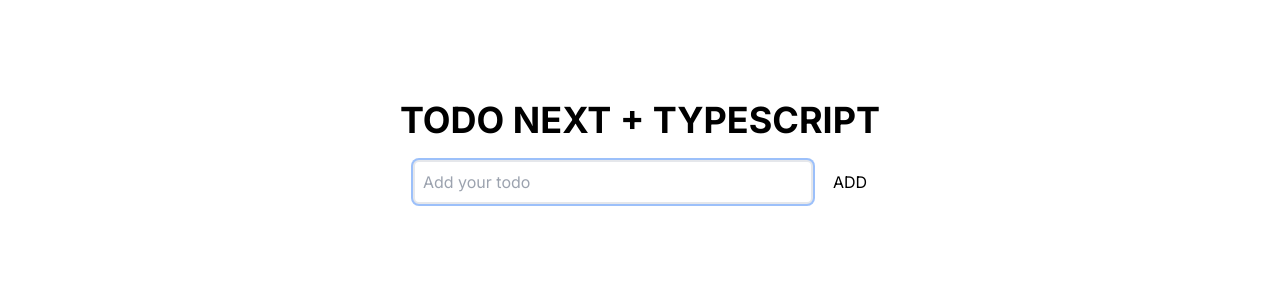
Repository: mehh000/next-ts-todo
Page: /
The author's editor kept a copy of each file at every save. The page is drawn from the files as they stood at one save, then again after the next save.
The browser window is 1280 px wide. The pictures show the whole page.
The project was rebuilt for these pictures with package versions that can differ from the ones it lists, and the page was loaded fresh each time. The framework's server and built-in components were replaced by stand-ins that run in the browser. Also part of the build but not shown: next.config.mjs.

Above is the page before, as saved 2024-06-15 19:52:59.

After the next save:
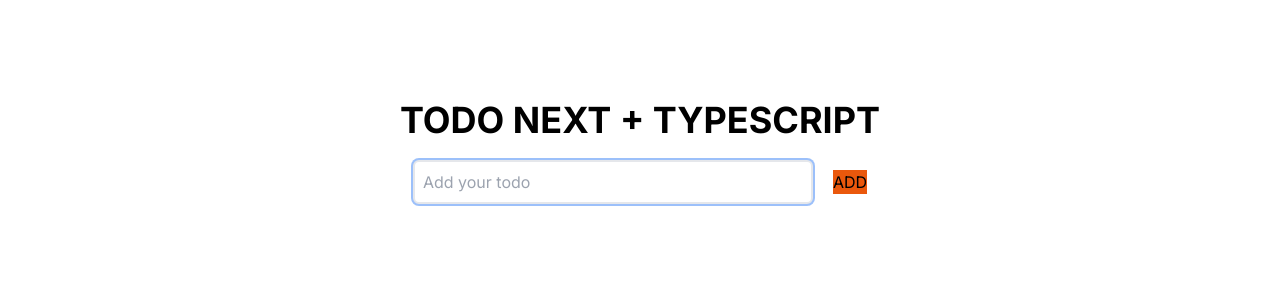
Saved 9 s later.
--- a/src/components/add-todo.tsx
+++ b/src/components/add-todo.tsx
@@ -25,7 +25,7 @@ const AddTODO: React.FC = () => {
         value={todo}
         onChange={(event) => setTodo(event.target.value)}
       />
-      <button type="submit" className=" bg- ">
+      <button type="submit" className=" bg-orange-600 ">
         ADD
       </button>
     </form>
